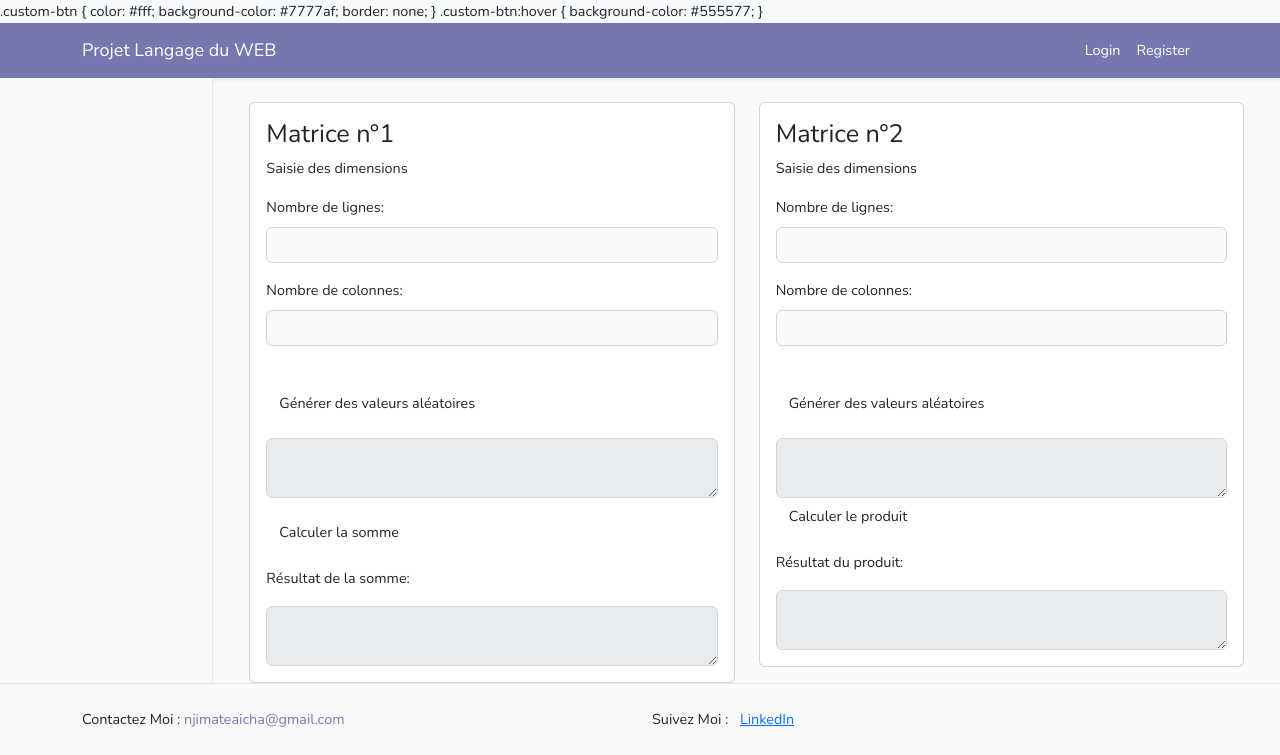
Repository: NjimateAicha/LaravelWeb
Page: http://localhost/matrice
An editor plug-in stored every save of this project. The page is shown before and after the next save, followed by the edit.
The browser window is 1280 px wide. The pictures show the whole page.
Some web libraries are served in a nearby version. The page is served by the project's Laravel application, run on PHP 8.4 with Laravel 9. Other server files are loaded and not shown. Style sheets and scripts are compiled from the project's sources, by tool versions that may differ from the author's.

Above is the page before, as saved 2024-05-19 17:26:12.

### routes/web.php
<?php

use App\Http\Controllers\AproposDeMoiController;
use App\Http\Controllers\ChartsController;
use App\Http\Controllers\EtudiantController;
use App\Http\Controllers\formulairesController;
use App\Http\Controllers\ImageController;
use App\Http\Controllers\JsController;
use App\Http\Controllers\MapController;
use App\Http\Controllers\MatriceController;
use App\Http\Controllers\PhpController;
use App\Http\Controllers\ProjetController;
use App\Http\Controllers\QuizController;
use Illuminate\Support\Facades\Auth;
use Illuminate\Support\Facades\Route;

/*
|--------------------------------------------------------------------------
| Web Routes
|--------------------------------------------------------------------------
|
| Here is where you can register web routes for your application. These
| routes are loaded by the RouteServiceProvider within a group which
| contains the "web" middleware group. Now create something great!
|
*/

Route::get('/', function () {
    return view('auth.login');
});


Auth::routes();

Route::get('/home', [App\Http\Controllers\HomeController::class, 'index'])->name('home');

Route::get('/projets', [ProjetController::class, 'index'])->name('projets.index');
Route::get('/aproposDeMoi', [AproposDeMoiController::class, 'index'])->name('aProposDeMoi.index');


/* CRUD Student */
Route::resource('/etudiant' ,EtudiantController::class );
/* CRUD image */
Route::resource('/image' ,ImageController::class );
/* CRUD Maps */
Route::resource('/map' ,MapController::class );
/* CRUD Charts */
Route::resource('/charts' ,ChartsController::class );
/* Matrice */
Route::resource('/matrice' ,MatriceController::class );
/* quiz */
Route::resource('/Quiz' ,QuizController::class );
Route::get('/quiz/javascript', [QuizController::class, 'javascriptQuiz'])->name('quiz.javascript');
Route::post('/quiz/calculateJS', [QuizController::class, 'calculateScoreJS'])->name('quiz.calculateJS');
Route::get('/quiz/php', [QuizController::class, 'phpQuiz'])->name('quiz.php');
Route::post('/quiz/calculatePHP', [QuizController::class, 'calculateScorePHP'])->name('quiz.calculatePHP');

### app/Http/Controllers/MatriceController.php
<?php

namespace App\Http\Controllers;

use App\Models\matrice;
use Illuminate\Http\Request;

class MatriceController extends Controller
{
    /**
     * Display a listing of the resource.
     *
     * @return \Illuminate\Http\Response
     */
    public function index()
    {
        return view('matrice.index');
    }


}

### resources/views/matrice/index.blade.php
@extends('layouts.app')
@section('content')



<div class="container mt-4">
    <div class="row">
        <div class="col-md-6">
            <div class="card">
                <div class="card-body">
                    <h3 class="card-title">Matrice n°1</h3>
                    <p class="card-text">Saisie des dimensions</p>
                    <div class="form-group">
                        <label for="rows">Nombre de lignes:</label>
                        <input type="number" class="form-control" id="rows">
                    </div>
                    <div class="form-group">
                        <label for="cols">Nombre de colonnes:</label>
                        <input type="number" class="form-control" id="cols">
                    </div>
                    <br>
                    <button class="btn " onclick="generateMatrix('matrix1')">Générer des valeurs aléatoires</button>
                    <textarea class="form-control mt-3" id="matrix1" readonly></textarea>
                    <button class="btn mt-3" onclick="calculateSum('matrix1')">Calculer la somme</button>
                    <div class="result mt-3">
                        <p>Résultat de la somme:</p>
                        <textarea class="form-control" id="sum1Result" readonly></textarea>
                    </div>
                </div>
            </div>
        </div>
        <div class="col-md-6">
            <div class="card">
                <div class="card-body">
                    <h3 class="card-title">Matrice n°2</h3>
                    <p class="card-text">Saisie des dimensions</p>
                    <div class="form-group">
                        <label for="rows2">Nombre de lignes:</label>
                        <input type="number" class="form-control" id="rows2">
                    </div>
                    <div class="form-group">
                        <label for="cols2">Nombre de colonnes:</label>
                        <input type="number" class="form-control" id="cols2">
                    </div>
                    <br>
                    <button class="btn " onclick="generateMatrix('matrix2')">Générer des valeurs aléatoires</button>

                    <textarea class="form-control mt-3" id="matrix2" readonly></textarea>
                    <button class="btn custom-btn" onclick="calculateProduct('matrix2')">Calculer le produit</button>
                    <div class="result mt-3">
                        <p>Résultat du produit:</p>
                        <textarea class="form-control" id="productResult" readonly></textarea>
                    </div>
                </div>
            </div>
        </div>
    </div>
</div>

<script>
    function generateMatrix(targetId) {
        var rowsInput = document.getElementById(targetId === 'matrix1' ? 'rows' : 'rows2');
        var colsInput = document.getElementById(targetId === 'matrix1' ? 'cols' : 'cols2');
        var rows = parseInt(rowsInput.value);
        var cols = parseInt(colsInput.value);
        var matrix = [];
        for (var i = 0; i < rows; i++) {
            matrix[i] = [];
            for (var j = 0; j < cols; j++) {
                matrix[i][j] = Math.floor(Math.random() * 10); // Valeurs aléatoires entre 0 et 9
            }
        }
        document.getElementById(targetId).value = matrixToString(matrix);
    }

    function matrixToString(matrix) {
        return matrix.map(row => row.join('\t')).join('\n');
    }

function calculateProduct(targetId) {
    var matrix1 = document.getElementById('matrix1').value.split('\n').map(row => row.split('\t').map(Number));
    var matrix2 = document.getElementById('matrix2').value.split('\n').map(row => row.split('\t').map(Number));
    var result = multiplyMatrices(matrix1, matrix2);
    document.getElementById('productResult').textContent = matrixToString(result);
}

function multiplyMatrices(matrix1, matrix2) {
    var result = [];
    var rowsA = matrix1.length;
    var colsA = matrix1[0].length;
    var rowsB = matrix2.length;
    var colsB = matrix2[0].length;

    if (colsA !== rowsB) {
        console.error("Nombre de colonnes de la première matrice doit correspondre au nombre de lignes de la deuxième matrice.");
        return;
    }

    for (var i = 0; i < rowsA; i++) {
        result[i] = [];
        for (var j = 0; j < colsB; j++) {
            var sum = 0;
            for (var k = 0; k < colsA; k++) {
                sum += matrix1[i][k] * matrix2[k][j];
            }
            result[i][j] = sum;
        }
    }
    return result;
}
function calculateSum(targetId) {
    var matrix1 = document.getElementById('matrix1').value.split('\n').map(row => row.split('\t').map(Number));
    var matrix2 = document.getElementById('matrix2').value.split('\n').map(row => row.split('\t').map(Number));

    // Vérifier que les dimensions des matrices sont compatibles
    if (matrix1.length !== matrix2.length || matrix1[0].length !== matrix2[0].length) {
        console.error("Les dimensions des matrices ne sont pas compatibles pour la somme.");
        return;
    }

    var result = [];

    for (var i = 0; i < matrix1.length; i++) {
        result[i] = [];
        for (var j = 0; j < matrix1[0].length; j++) {
            result[i][j] = matrix1[i][j] + matrix2[i][j];
        }
    }

    // Mettre à jour l'élément HTML avec le résultat de la somme
    document.getElementById('sum1Result').textContent = matrixToString(result);
}

</script>


@endsection



<stye>
    .custom-btn {
        color: #fff;
        background-color: #7777af;
        border: none;
    }

    .custom-btn:hover {
        background-color: #555577;
    }

</style>

### resources/views/layouts/app.blade.php
<!doctype html>
<html lang="{{ str_replace('_', '-', app()->getLocale()) }}">

<head>
    <meta charset="utf-8">
    <meta name="viewport" content="width=device-width, initial-scale=1">

    <!-- CSRF Token -->
    <meta name="csrf-token" content="{{ csrf_token() }}">

    <title>{{ config('app.name', 'Aicha\'s Portfolio') }}</title>

    <!-- Fonts -->
    <link rel="dns-prefetch" href="//fonts.bunny.net">
    <link href="https://fonts.bunny.net/css?family=Nunito" rel="stylesheet">

    <!-- Styles -->
    <link rel="stylesheet" href="https://maxcdn.bootstrapcdn.com/bootstrap/4.5.2/css/bootstrap.min.css">
    <style>

        body {
            font-family: 'Nunito', sans-serif;
        }
        .navbar {
            background-color: #7777af;
        }
        .navbar-brand, .navbar-nav .nav-link {
            color: white !important;
        }
        .sidebar {
            background-color: #f8f9fa;
            border-right: 1px solid #e7e7e7;
        }
        .sidebar .nav-link {
            color: #7777af;
        }
        .sidebar .nav-link:hover {
            color: #7777af;
        }
        .font-weight-bold {
            font-weight: bold !important;
        }
        footer {
            background-color: #f8f9fa;
            border-top: 1px solid #e7e7e7;
            padding: 10px 0;
        }
        footer p {
            margin: 0;
        }
    </style>
    <!-- Scripts -->
    @vite(['resources/sass/app.scss', 'resources/js/app.js'])
</head>

<body>
    <div id="app">
        <nav class="navbar navbar-expand-md navbar-light shadow-sm">
            <div class="container">
                <a class="navbar-brand" href="{{ url('/') }}">
                    Projet Langage du WEB
                </a>
                <button class="navbar-toggler" type="button" data-toggle="collapse" data-target="#navbarSupportedContent" aria-controls="navbarSupportedContent" aria-expanded="false" aria-label="{{ __('Toggle navigation') }}">
                    <span class="navbar-toggler-icon"></span>
                </button>

                <div class="collapse navbar-collapse" id="navbarSupportedContent">
                    <!-- Left Side Of Navbar -->
                    <ul class="navbar-nav me-auto"></ul>

                    <!-- Right Side Of Navbar -->
                    <ul class="navbar-nav ms-auto">
                        <!-- Authentication Links -->
                        @guest
                            @if (Route::has('login'))
                                <li class="nav-item">
                                    <a class="nav-link" href="{{ route('login') }}">{{ __('Login') }}</a>
                                </li>
                            @endif

                            @if (Route::has('register'))
                                <li class="nav-item">
                                    <a class="nav-link" href="{{ route('register') }}">{{ __('Register') }}</a>
                                </li>
                            @endif
                        @else
                            <li class="nav-item dropdown">
                                <a id="navbarDropdown" class="nav-link dropdown-toggle" href="#" role="button" data-toggle="dropdown" aria-haspopup="true" aria-expanded="false" v-pre>
                                    {{ Auth::user()->name }}
                                </a>

                                <div class="dropdown-menu dropdown-menu-right" aria-labelledby="navbarDropdown">
                                    <a class="dropdown-item" href="{{ route('logout') }}"
                                       onclick="event.preventDefault();
                                                     document.getElementById('logout-form').submit();">
                                        {{ __('Logout') }}
                                    </a>

                                    <form id="logout-form" action="{{ route('logout') }}" method="POST" class="d-none">
                                        @csrf
                                    </form>
                                </div>
                            </li>
                        @endguest
                    </ul>
                </div>
            </div>
        </nav>

        <div class="container-fluid">
            <div class="row">
                <nav class="col-md-2 d-none d-md-block sidebar">
                    <div class="position-sticky pt-3" style="height: 400px">
                        <ul class="nav flex-column">
                            @auth
                                <li class="nav-item">
                                    <a class="nav-link active font-weight-bold" aria-current="page" href="{{ route('aProposDeMoi.index') }}">À propos de moi</a>
                                </li>
                                <li class="nav-item">
                                    <a class="nav-link font-weight-bold" href="{{ route('projets.index') }}">Mes Projets</a>
                                </li>
                            @endauth
                        </ul>
                    </div>
                </nav>
                <main class="col-md-9 ms-sm-auto col-lg-10 px-md-4">
                    @yield('content')
                </main>
            </div>
        </div>

        <footer class="bg-light py-4">
            <div class="container">
                <div class="row justify-content-between">
                    <div class="col-md-6">
                        <p class="d-inline">Contactez Moi : <span style="color: #7777af;">njimateaicha@gmail.com</span></p>
                    </div>
                    <div class="col-md-6">
                        <p class="d-inline-block me-2 mb-0">Suivez Moi :</p>
                        <a href="https://www.linkedin.com/" class="text-blue-500 hover:text-7777af-700 d-inline-block" target="_blank">LinkedIn</a>
                    </div>
                </div>
            </div>
        </footer>
    </div>

    <!-- Bootstrap JS and dependencies -->
    <script src="https://code.jquery.com/jquery-3.5.1.slim.min.js"></script>
    <script src="https://cdn.jsdelivr.net/npm/@popperjs/core@2.5.4/dist/umd/popper.min.js"></script>
    <script src="https://maxcdn.bootstrapcdn.com/bootstrap/4.5.2/js/bootstrap.min.js"></script>
</body>

</html>

Loaded but not shown: app/Http/Controllers/Auth/ConfirmPasswordController.php (common file); app/Http/Controllers/Controller.php (common file); resources/sass/app.scss (common file); resources/sass/_variables.scss (common file)

After the next save:
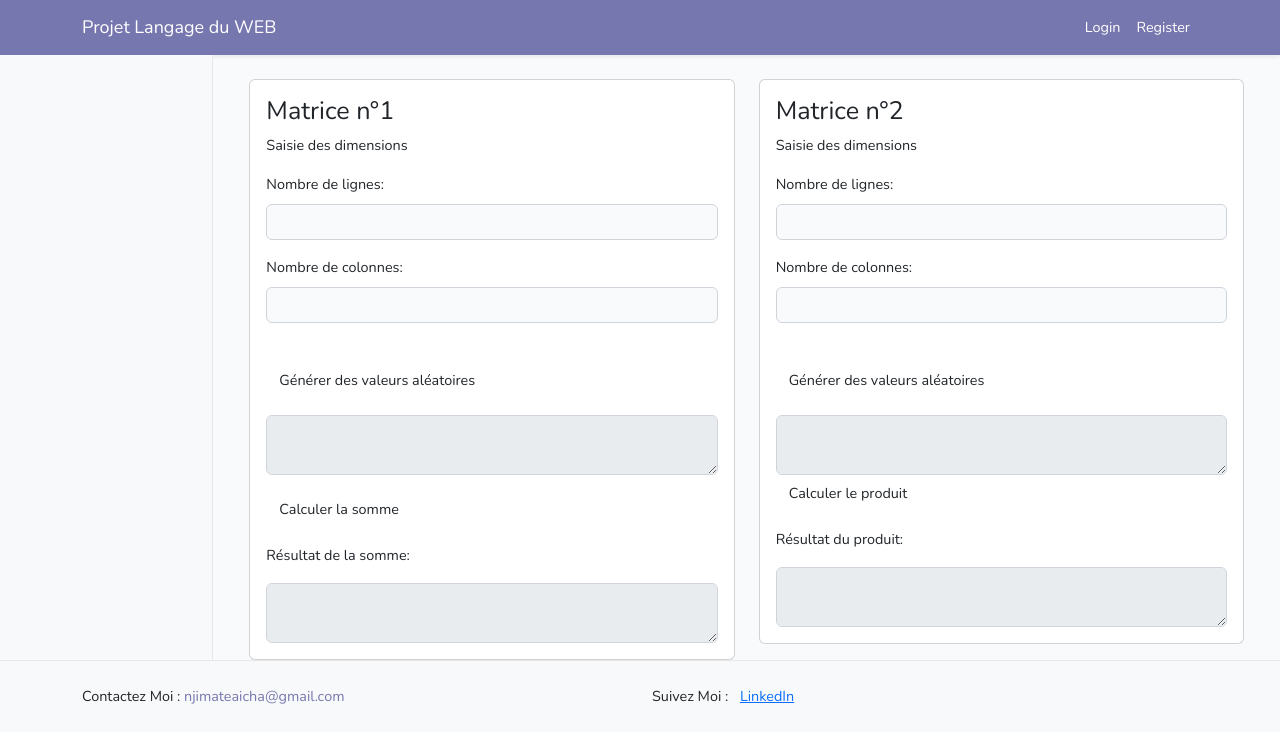
Saved 19 s later.
--- a/resources/views/matrice/index.blade.php
+++ b/resources/views/matrice/index.blade.php
@@ -138,7 +138,7 @@
 
 
 
-<stye>
+<style>
     .custom-btn {
         color: #fff;
         background-color: #7777af;

After the 2 saves that followed:
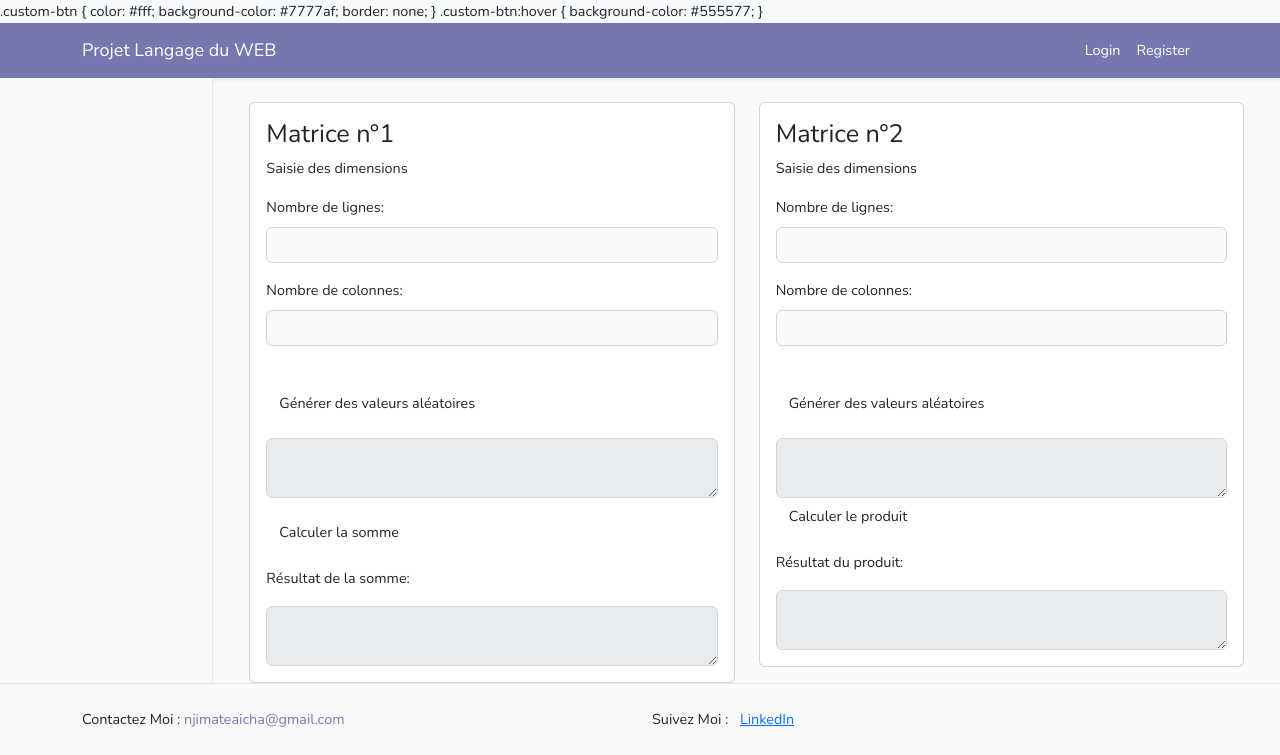
The 2 saves are shown as one change because 1 left the picture as it was.
The last was saved 87 s later.
--- a/resources/views/matrice/index.blade.php
+++ b/resources/views/matrice/index.blade.php
@@ -138,7 +138,7 @@
 
 
 
-<style>
+<stye>
     .custom-btn {
         color: #fff;
         background-color: #7777af;
@@ -149,4 +149,4 @@
         background-color: #555577;
     }
 
-</style>
+</stye>
